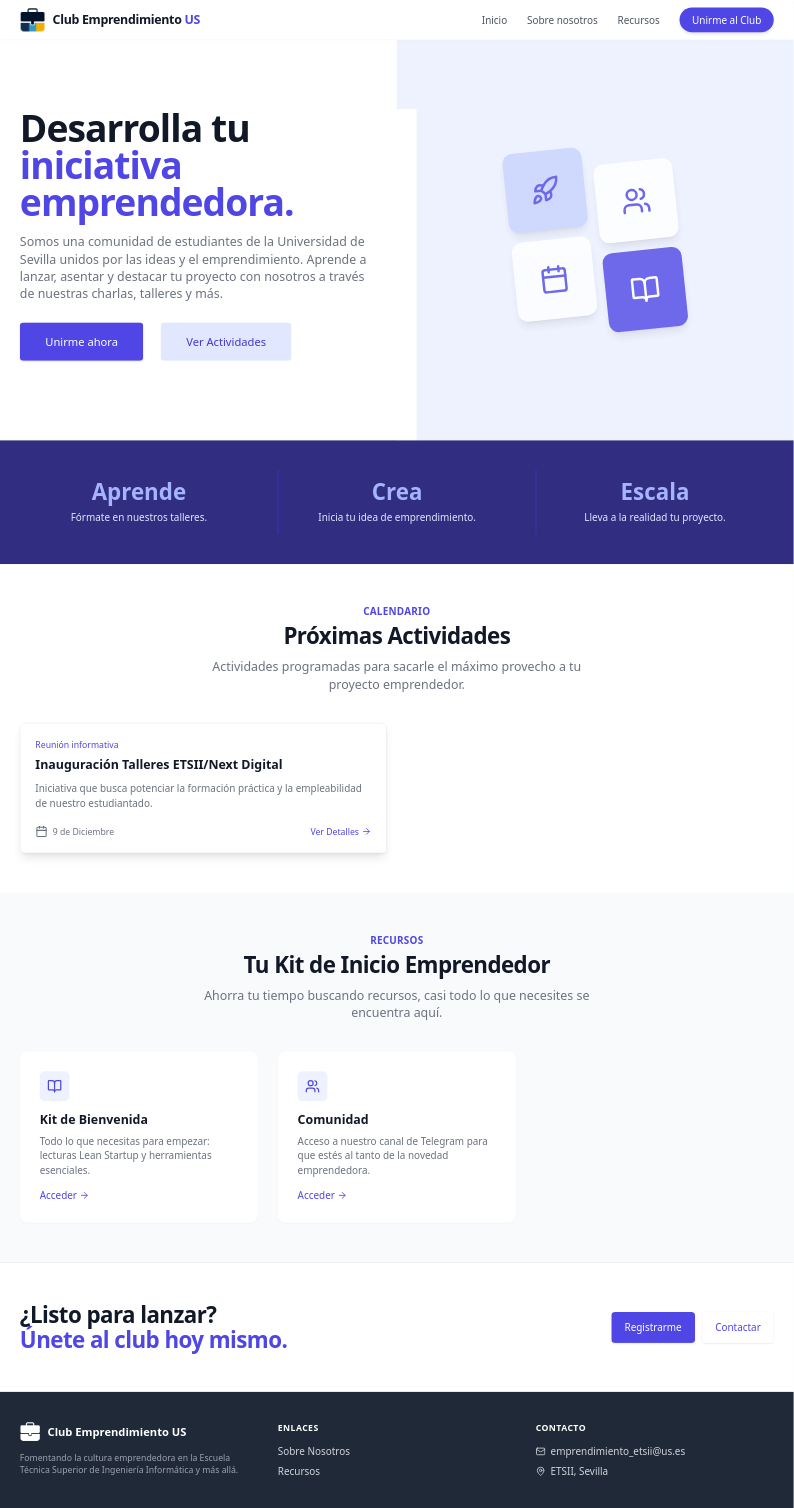
Repository: enerombar/club-emprendimiento-web
Page: /
These files come from the project's save history. The page is drawn as it stood at one moment and after the next save; the edit follows.
The browser window is 1280 px wide. The pictures show the whole page, at 62% of full size.
The project was rebuilt for these pictures with package versions that can differ from the ones it lists, and the page was loaded fresh each time. Also part of the build but not shown: vite.config.js.

Above is the page before, as saved 2025-12-08 01:27:17.

After the next save:
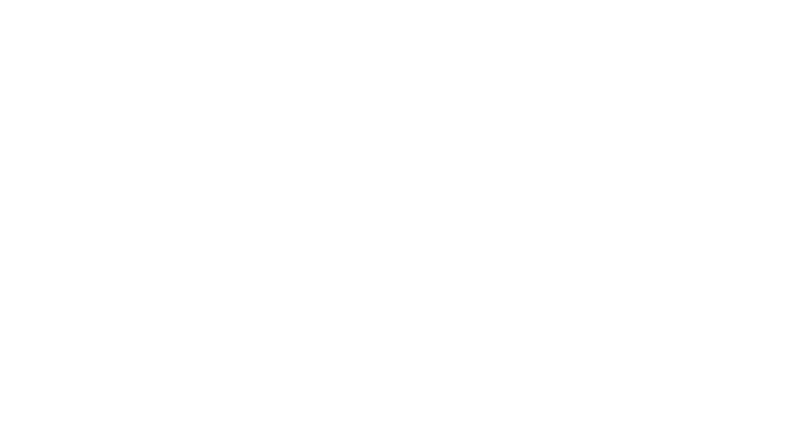
Console error: TypeError: Cannot read properties of undefined (reading 'startsWith')
Saved 11 min 0 s later.
--- a/src/App.jsx
+++ b/src/App.jsx
@@ -31,13 +31,20 @@
       title: "Kit de Bienvenida",
       desc: "Todo lo que necesitas para empezar: lecturas Lean Startup y herramientas esenciales.",
       icon: <BookOpen className="w-6 h-6 text-indigo-600" />,
-      link: "#"
+      comingSoon: true // <--- Esto activa el modo "Próximamente"
     },
     {
       title: "Comunidad",
       desc: "Acceso a nuestro canal de Telegram para que estés al tanto de la novedad emprendedora.",
       icon: <Users className="w-6 h-6 text-indigo-600" />,
-      link: "https://t.me/+zMZUlhXhDqpiNzU0"
+      link: "https://t.me/+zMZUlhXhDqpiNzU0",
+      comingSoon: false
+    },
+    {
+      title: "Herramientas Dev", // Nuevo apartado
+      desc: "Recursos técnicos, créditos cloud y software gratuito para desarrollar tu MVP.",
+      icon: <Rocket className="w-6 h-6 text-indigo-600" />,
+      comingSoon: true // <--- También en modo "Próximamente"
     }
   ];
 

After the save that followed:
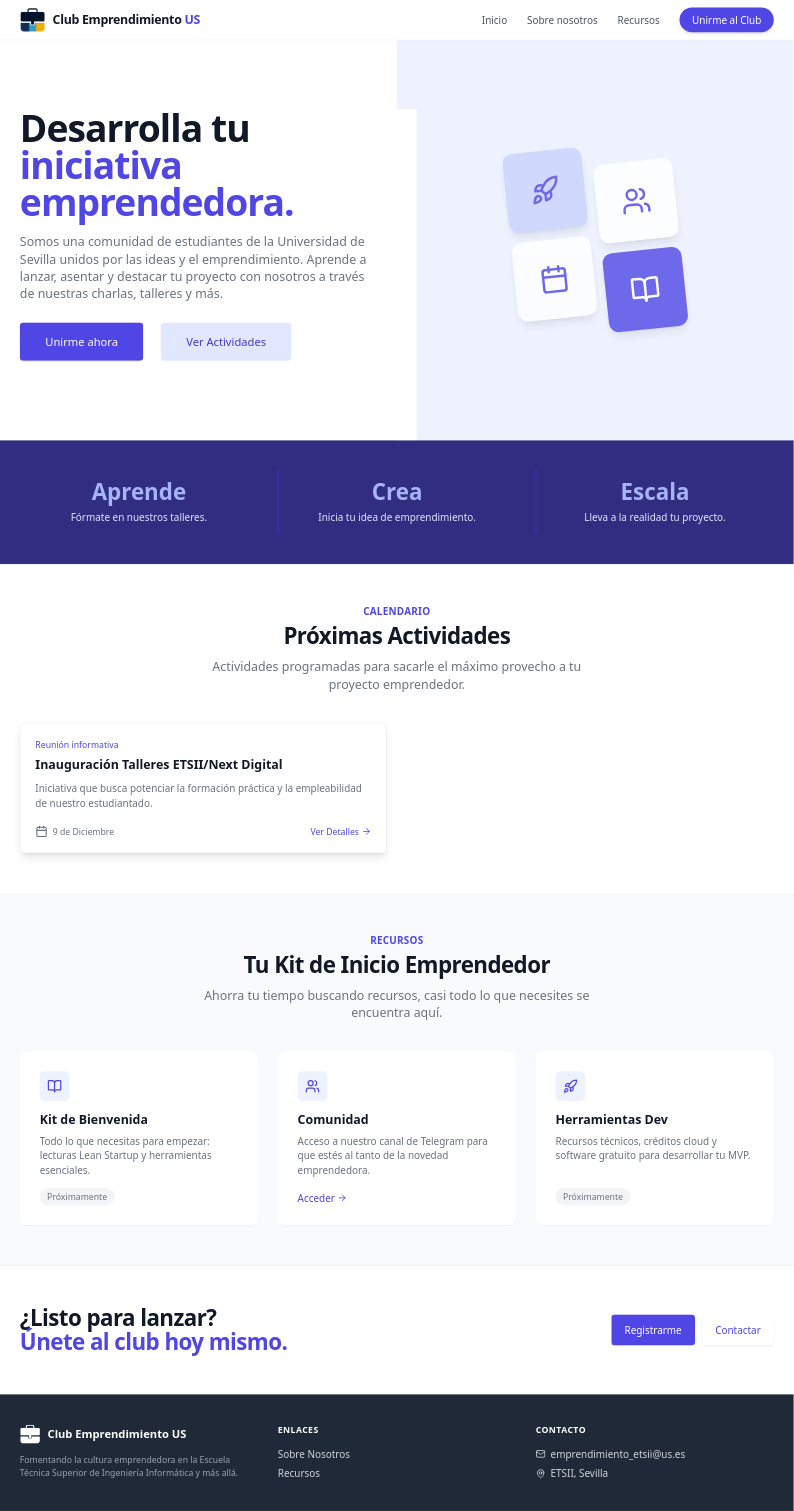
The error is gone.
Saved 24 s later.
--- a/src/App.jsx
+++ b/src/App.jsx
@@ -336,22 +336,30 @@
 
           <div className="grid grid-cols-1 md:grid-cols-3 gap-8">
             {resources.map((item, index) => (
-              <div key={index} className="bg-white p-8 rounded-xl shadow-sm hover:shadow-md transition duration-300">
-                <div className="bg-indigo-50 w-12 h-12 rounded-lg flex items-center justify-center mb-4">
-                  {item.icon}
-                </div>
-                <h3 className="text-xl font-bold text-gray-900 mb-2">{item.title}</h3>
-                <p className="text-gray-500 mb-4">{item.desc}</p>
-                <a
-                  href={item.link}
-                  target={item.link.startsWith('http') ? "_blank" : "_self"} // Abre Telegram en pestaña nueva
-                  rel="noopener noreferrer"
-                  className="text-indigo-600 hover:text-indigo-800 font-medium inline-flex items-center cursor-pointer"
-                >
-                  Acceder <ArrowRight className="ml-1 w-4 h-4" />
-                </a>
-              </div>
-            ))}
+  <div key={index} className="bg-white p-8 rounded-xl shadow-sm hover:shadow-md transition duration-300 flex flex-col items-start">
+    <div className="bg-indigo-50 w-12 h-12 rounded-lg flex items-center justify-center mb-4">
+      {item.icon}
+    </div>
+    <h3 className="text-xl font-bold text-gray-900 mb-2">{item.title}</h3>
+    <p className="text-gray-500 mb-4 flex-1">{item.desc}</p>
+
+    {/* LÓGICA: Si es comingSoon, muestra etiqueta gris. Si no, muestra enlace azul */}
+    {item.comingSoon ? (
+        <span className="inline-flex items-center px-3 py-1 rounded-full text-sm font-medium bg-gray-100 text-gray-500 cursor-default">
+            Próximamente
+        </span>
+    ) : (
+        <a
+            href={item.link}
+            target="_blank"
+            rel="noopener noreferrer"
+            className="text-indigo-600 hover:text-indigo-800 font-medium inline-flex items-center transition-colors"
+        >
+            Acceder <ArrowRight className="ml-1 w-4 h-4" />
+        </a>
+    )}
+  </div>
+))}
           </div>
         </div>
       </div>
